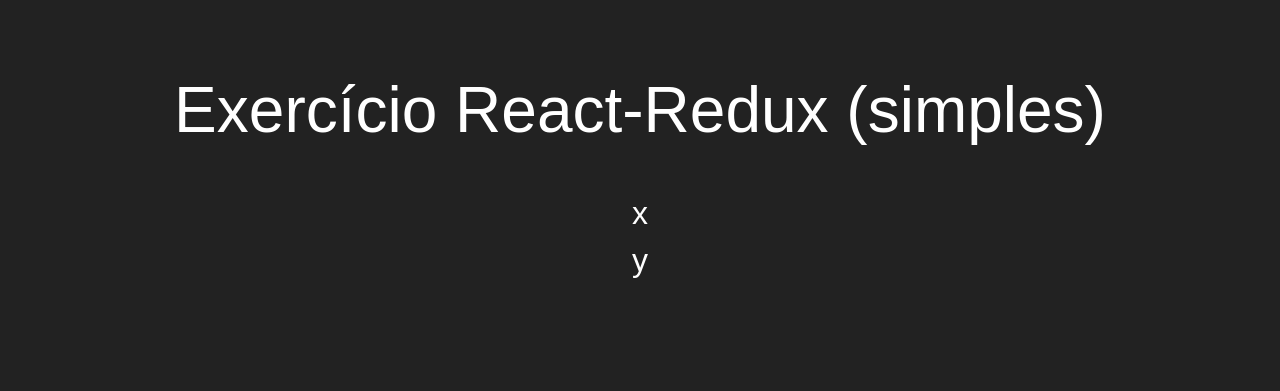
Repository: Henrique-Franca/Clear-Redux-Simples
Page: /
These files come from the project's save history. The page is drawn as it stood at one moment and after the next save; the edit follows.
The browser window is 1280 px wide. The pictures show the whole page.
The project was rebuilt for these pictures with package versions that can differ from the ones it lists, and the page was loaded fresh each time.

Above is the page before, as saved 2022-11-21 11:46:41.

### src/index.css
body{
  background-color: #222;
  font-size: 2rem;
  font-family: Arial, Helvetica, sans-serif;
  color: #fff;
  margin: 30px;
}

### src/App.js
import logo from './logo.svg';
import './App.css';
import Card from './components/Card';

function App() {
  return (
    <div className="App">
      <h1>Exercício React-Redux (simples)</h1>

      <div className='linha'>
        <Card>x</Card>
      </div>
      <div className='linha'>
        <Card>y</Card>
      </div>

    </div>
  );
}

export default App;

### src/App.css
.App{
  display: flex;
  flex-direction: column;
  text-align: center;
}

h1{
  font-weight: 200;
}

.linha{
  display: flex;
}

### src/components/Card.jsx
import './Card.css'
import React from 'react'

export default props=>{

    return (
        <div className='Card'>

            <div className='Header'>
                <span className='Title'>{props.title}</span>
            </div>
            <div className='Content'>
                {props.children}
            </div>

        </div>
    )

}

### src/components/Card.css
.Card{
    flex: 1;
    display: flex;
    flex-direction:column;
    margin: 5px;
}

.Card .Header{
    display: flex;
    justify-content: center;

}

Loaded but not shown: public/index.html (common file); src/index.js (common file); src/reportWebVitals.js (common file)

After the next save:
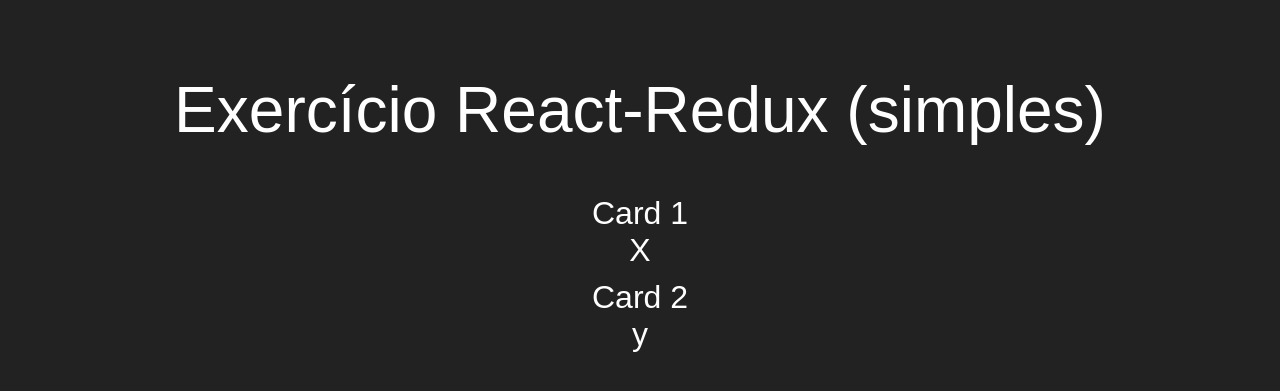
Saved 48 s later.
--- a/src/App.js
+++ b/src/App.js
@@ -8,10 +8,14 @@ function App() {
       <h1>Exercício React-Redux (simples)</h1>
 
       <div className='linha'>
-        <Card>x</Card>
+        <Card title="Card 1">
+          X
+        </Card>
       </div>
       <div className='linha'>
-        <Card>y</Card>
+        <Card title="Card 2">
+          y
+        </Card>
       </div>
 
     </div>
